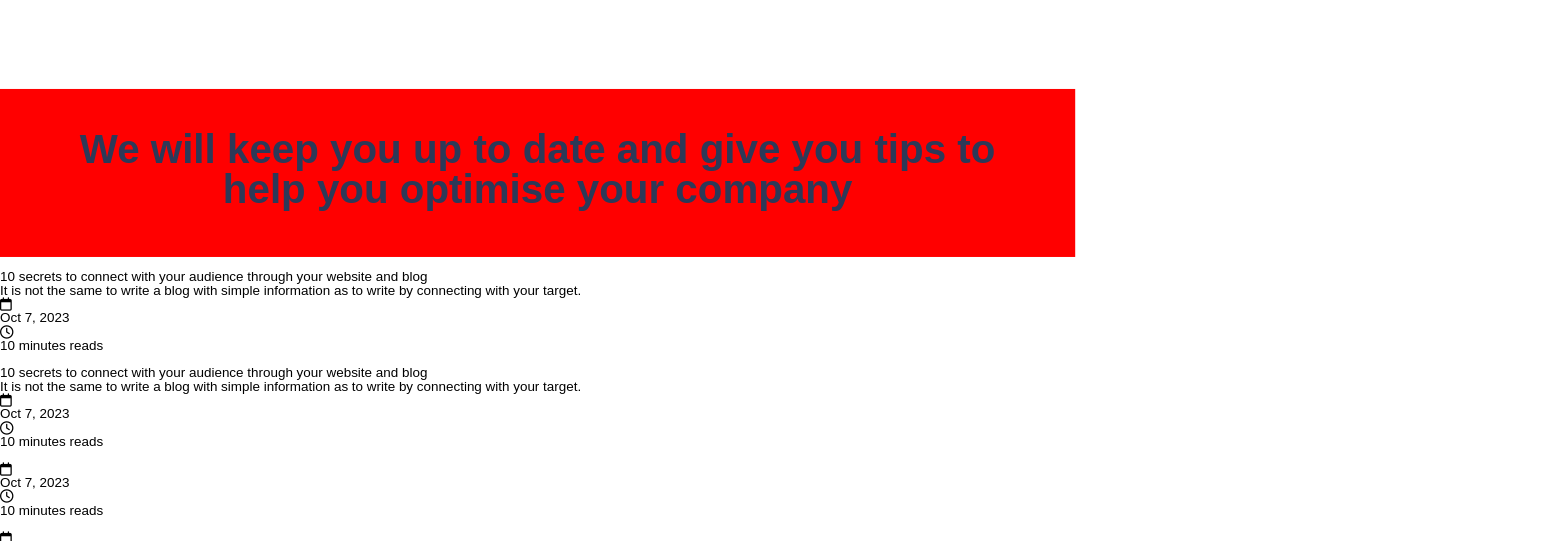
Repository: 0584386177/Clone
Page: src/page/pr.html
An editor plug-in stored every save of this project. The page is shown before and after a run of saves, followed by the edit.
The browser window is 1280 px wide. The page is 1860 px wide, so the pictures cover 1860 px, including what lies to the right of the window. The pictures show the part of the page from y = 3313 to 3957 px (the page is 4093 px tall before and 4037 px after), at 84% of full size.
The style sheet was rebuilt from its Sass, Less or Tailwind sources for each picture, by a compiler version that may differ from the author's.

Above is the page before, as saved 2023-10-09 11:16:16.

After the next 2 saves:
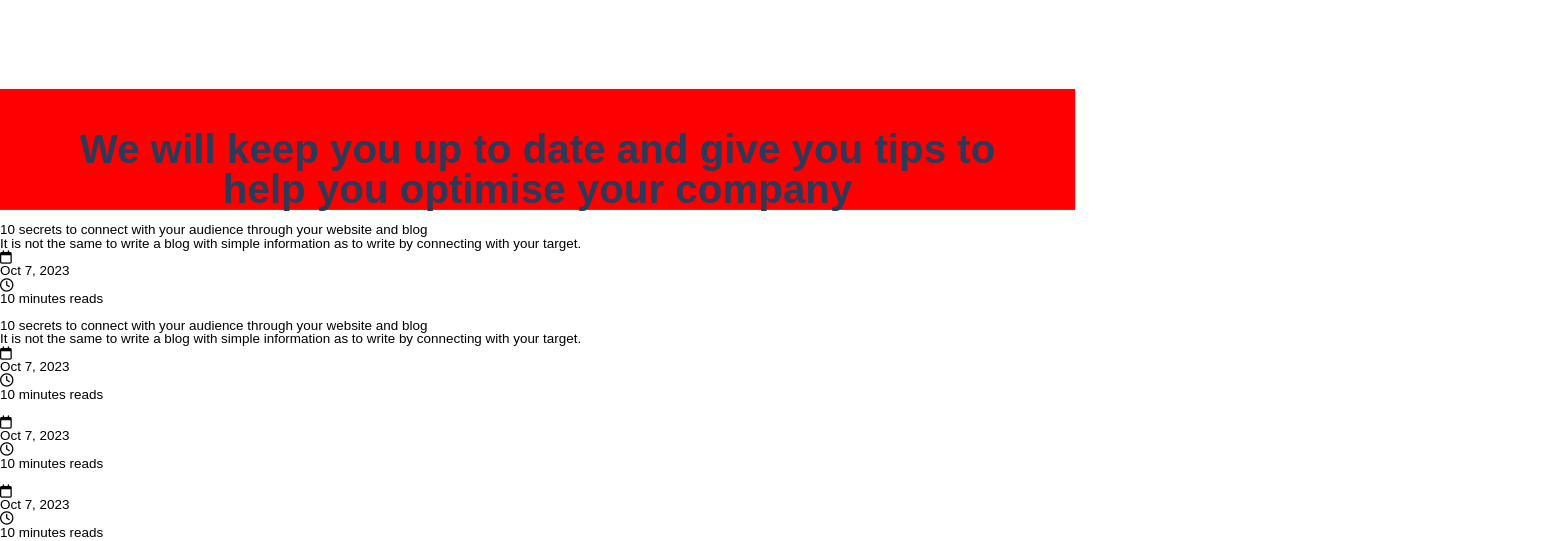
The 2 saves are shown as one change because they came seconds apart.
The last was saved 11 s later.
--- a/src/sass/HOME/post.scss
+++ b/src/sass/HOME/post.scss
@@ -8,7 +8,6 @@
 
 .post--header{
     width: 100%;
-   height: 200px;
     color: $primary--color;
     background-color: red;
     text-align:center;

After the 4 saves that followed:
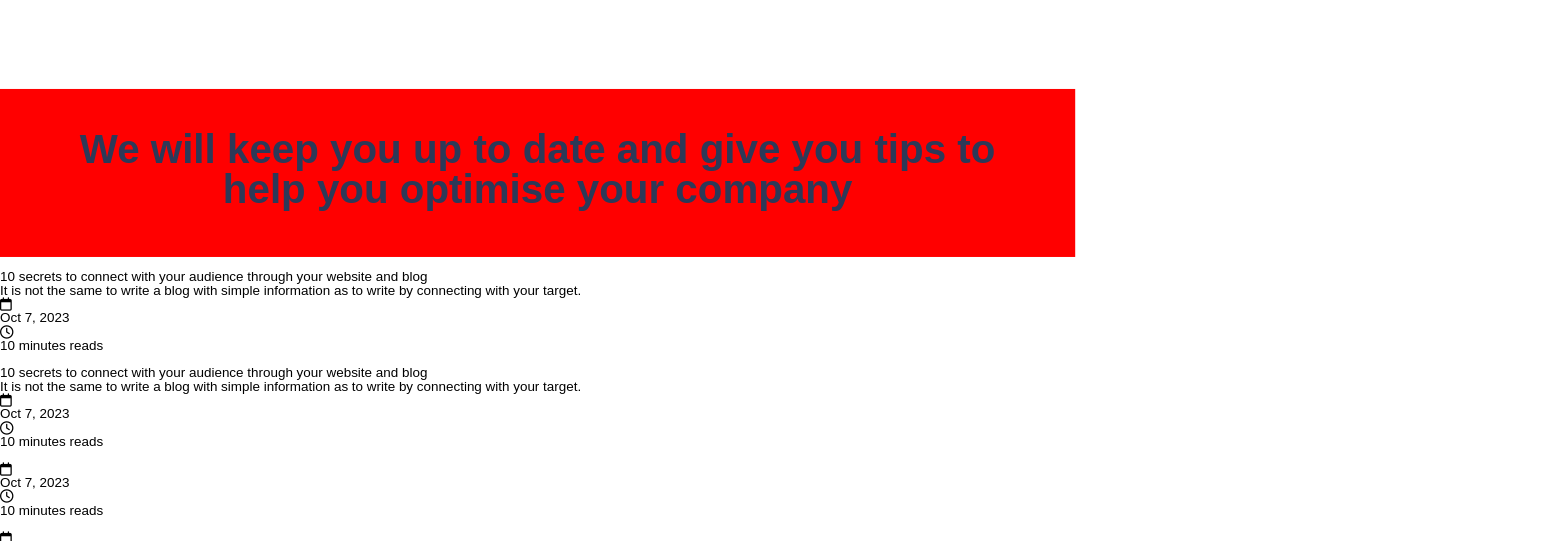
The 4 saves are shown as one change because 2 left the picture as it was and some came seconds apart.
The last was saved 20 s later.
--- a/src/sass/HOME/post.scss
+++ b/src/sass/HOME/post.scss
@@ -8,6 +8,7 @@
 
 .post--header{
     width: 100%;
+    height:200px;
     color: $primary--color;
     background-color: red;
     text-align:center;
